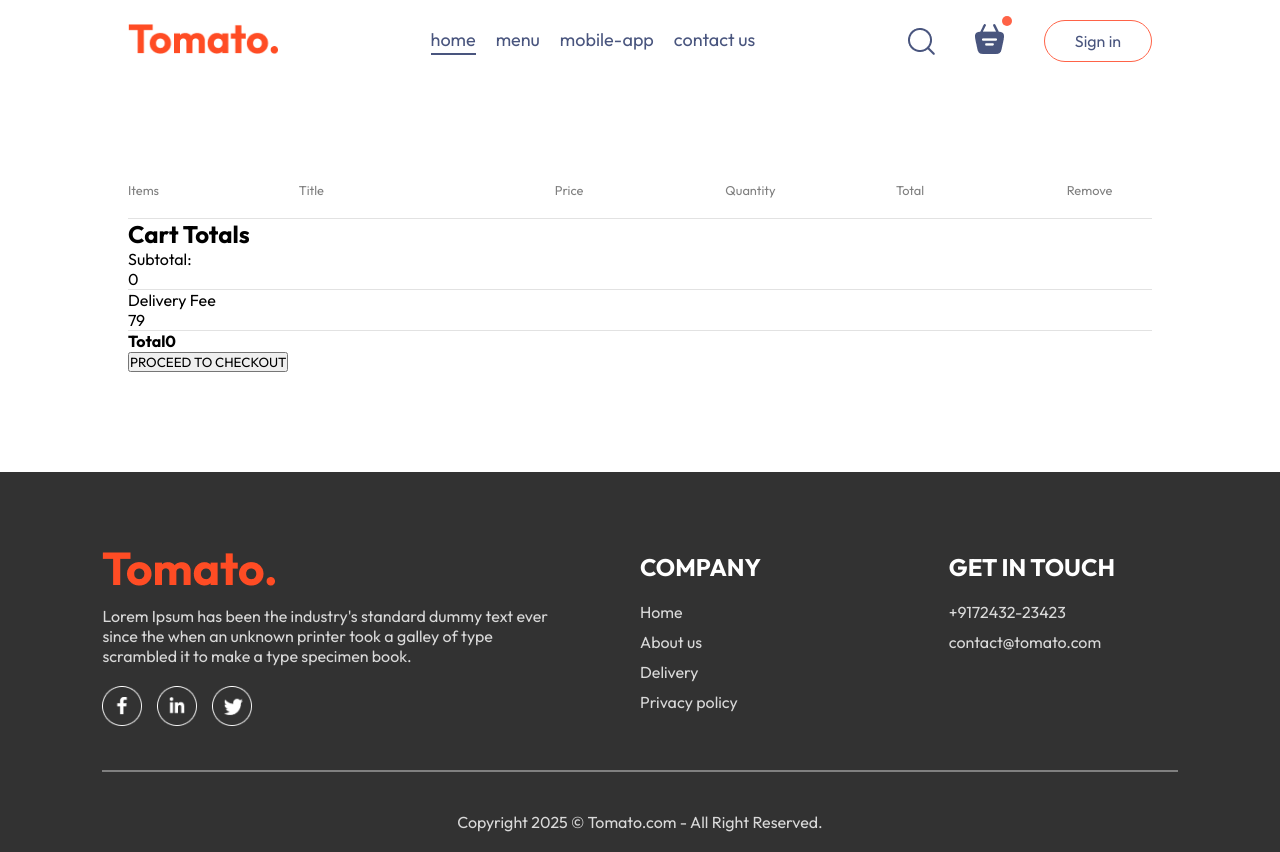
Repository: KartikChouhan03/food-delivery-app
Page: /cart (app in frontend/)
These files come from the project's save history. The page is drawn as it stood at one moment and after the next save; the edit follows.
The browser window is 1280 px wide. The pictures show the whole page.
Some web fonts or font styles are not loaded; a fallback is used. The project was rebuilt for these pictures with package versions that can differ from the ones it lists, and the page was loaded fresh each time. Also part of the build but not shown: frontend/vite.config.js, frontend/src/components/Header/Header.css, frontend/src/components/Header/Header.jsx, frontend/src/components/ExploreMenu/ExploreMenu.css, frontend/src/components/ExploreMenu/ExploreMenu.jsx, frontend/src/components/FoodDisplay/FoodDisplay.css, frontend/src/components/FoodItem/FoodItem.css, frontend/src/components/FoodItem/FoodItem.jsx and 8 more.

Above is the page before, as saved 2025-08-16 12:41:22.

After the next save:
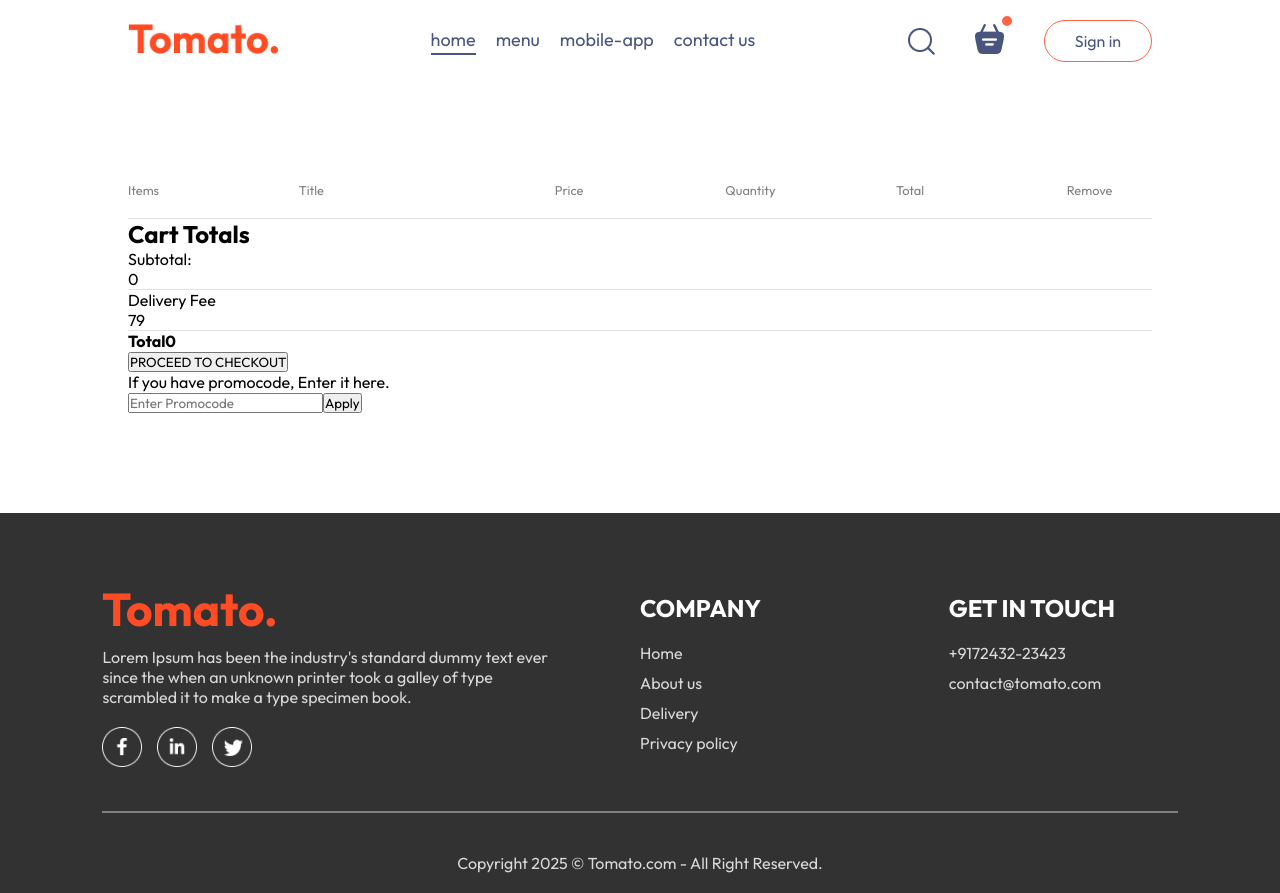
Saved 108 s later.
--- a/frontend/src/pages/Cart/Cart.jsx
+++ b/frontend/src/pages/Cart/Cart.jsx
@@ -59,6 +59,15 @@ const Cart = () => {
           </div>
           <button>PROCEED TO CHECKOUT</button>
         </div>
+        <div className='cart-promocode'>
+          <div>
+            <p>If you have promocode, Enter it here.</p>
+            <div className="cart-promocode-input">
+              <input type="text" placeholder="Enter Promocode" />
+              <button>Apply</button>
+            </div>
+          </div>
+        </div>
       </div>
     </div>
   )
